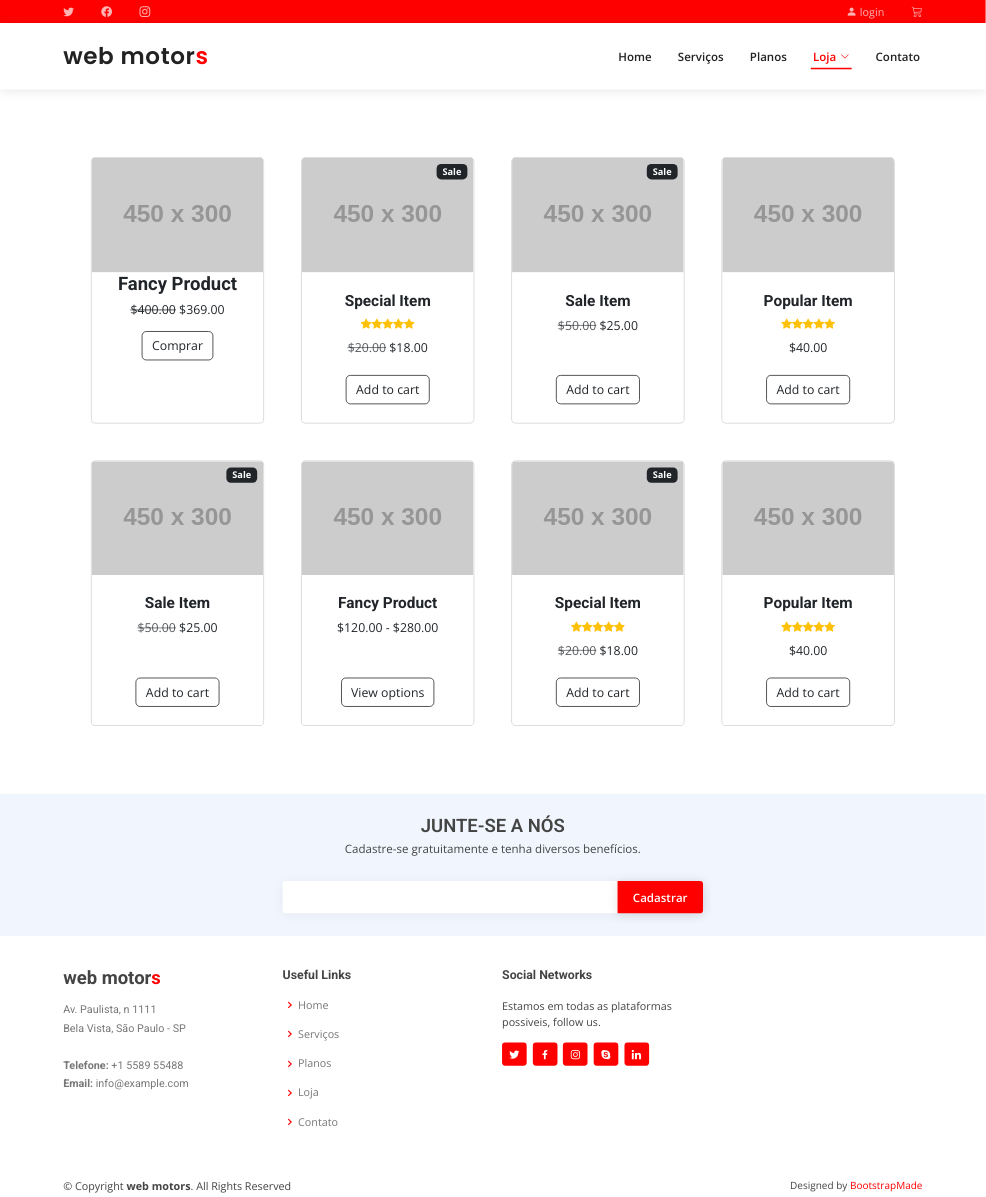
Repository: 01nethy/WebMotors
Page: produtos.html
An editor plug-in stored every save of this project. The page is shown before and after the next save, followed by the edit.
The browser window is 1280 px wide. The pictures show the whole page, at 77% of full size.

Above is the page before, as saved 2023-12-08 14:52:41.

### produtos.html
<!DOCTYPE html>
<html lang="pt-BR">

<head>
  <meta charset="utf-8">
  <meta content="width=device-width, initial-scale=1.0" name="viewport">

  <title>Produtos Automotivos - Web Motors</title>
  <meta content="" name="description">
  <meta content="" name="keywords">

  <!-- Favicons -->
  <link href="assets/img/favicon.png" rel="icon">
  <link href="assets/img/apple-touch-icon.png" rel="apple-touch-icon">

  <!-- Google Fonts -->
  <link
    href="https://fonts.googleapis.com/css?family=Open+Sans:300,300i,400,400i,600,600i,700,700i|Roboto:300,300i,400,400i,500,500i,600,600i,700,700i|Poppins:300,300i,400,400i,500,500i,600,600i,700,700i"
    rel="stylesheet">

  <!-- Vendor CSS Files -->
  <link href="assets/vendor/aos/aos.css" rel="stylesheet">
  <link href="assets/vendor/bootstrap/css/bootstrap.min.css" rel="stylesheet">
  <link href="assets/vendor/bootstrap-icons/bootstrap-icons.css" rel="stylesheet">
  <link href="assets/vendor/boxicons/css/boxicons.min.css" rel="stylesheet">
  <link href="assets/vendor/glightbox/css/glightbox.min.css" rel="stylesheet">
  <link href="assets/vendor/swiper/swiper-bundle.min.css" rel="stylesheet">

  <!-- Template Main CSS File -->
  <link href="assets/css/style.css" rel="stylesheet">

  <!-- =======================================================
  * Template Name: BizLand
  * Updated: Jul 27 2023 with Bootstrap v5.3.1
  * Template URL: https://bootstrapmade.com/bizland-bootstrap-business-template/
  * Author: BootstrapMade.com
  * License: https://bootstrapmade.com/license/
  ======================================================== -->
</head>

<body>
 <!-- ======= Top Bar ======= -->
 <section id="topbar" class="d-flex align-items-center">
  <div id="topajust" class="container d-flex">
    <div class="social-links col-6 ">
      <a href="#" class="twitter m-0"><i class="bi bi-twitter"></i></a>
      <a href="#" class="facebook"><i class="bi bi-facebook"></i></a>
      <a href="#" class="instagram"><i class="bi bi-instagram"></i></a>
      <!-- <a href="#" class="linkedin"><i class="bi bi-linkedin"></i></i></a> -->
    </div>
    <div class="social-links col-6 text-end">
      <a href="login.html"><i class="bi bi-person-fill"></i> login </a>
      <a href="cart.html"> <i class="bi bi-cart3"></i></a>
    </div>
  </div>
</section>

  <!-- ======= Header nav ======= -->
  <header id="header" class="d-flex">
    <div class="container d-flex align-items-center justify-content-between"">
      <h1 class=" logo"><a href="index.html">web motor<span>s</span></a></h1>
      <nav id="navbar" class="nav navbar justify-content-end">
        <ul>
          <li><a class="nav-link scrollto" href="index.html">Home</a></li>
          <!-- <li><a class="nav-link scrollto" href="#about">Mecanica</a></li>-->
          <li><a class="nav-link scrollto" href="index.html #services">Serviços</a></li>
          <!-- <li><a class="nav-link scrollto " href="#portfolio">Aditivo</a></li>-->
          <li><a class="nav-link scrollto" href="index.html #pricing">Planos</a></li>
          <li class="dropdown"><a class="active" href="produtos.html"><span>Loja</span> <i class="bi bi-chevron-down"></i></a>
            <ul>
              <li><a href="#">Aditivos</a></li>
              <!-- <li class="dropdown"><a href="#"><span>Deep Drop Down</span> <i class="bi bi-chevron-right"></i></a>
                <ul>
                  <li><a href="#">Deep Drop Down 1</a></li>
                  <li><a href="#">Deep Drop Down 2</a></li>
                  <li><a href="#">Deep Drop Down 3</a></li>
                  <li><a href="#">Deep Drop Down 4</a></li>
                  <li><a href="#">Deep Drop Down 5</a></li>
                </ul>
              </li> -->
              <li><a href="#">Borracha</a></li>
              <li><a href="#">Pneus</a></li>
            </ul>
          </li>
          <li><a class="nav-link scrollto" href="index.html #contact">Contato</a></li>
        </ul>
        <i class="bi bi-list mobile-nav-toggle"></i>
      </nav><!-- .navbar -->
    </div>
  </header>

  <main id="main" data-aos="fade-up">
    <section class="inner-page">
      <div class="container px-4 px-lg-5 mt-5">
        <div class="row gx-4 gx-lg-5 row-cols-2 row-cols-md-3 row-cols-xl-4 justify-content-center">
          <div class="col mb-5">
            <div class="card h-100">
              <img class="card-img-top" src="https://dummyimage.com/450x300/dee2e6/6c757d.jpg" alt="..." />

              <div class="text-center">
                <!-- Product name-->
                <h4 class="fw-bolder">Fancy Product</h4>
                <p class="item-price">
                  <strike>$400.00</strike> <span>$369.00</span>
                </p>
              </div>
              <div class="card-footer p-4 pt-0 border-top-0 bg-transparent">
                <div class="text-center"><a class="btn btn-outline-dark mt-auto" href="#">Comprar</a>
                </div>
              </div>
            </div>
          </div>
          <div class="col mb-5">
            <div class="card h-100">
              <!-- Sale badge-->
              <div class="badge bg-dark text-white position-absolute" style="top: 0.5rem; right: 0.5rem">Sale</div>
              <!-- Product image-->
              <img class="card-img-top" src="https://dummyimage.com/450x300/dee2e6/6c757d.jpg" alt="..." />
              <!-- Product details-->
              <div class="card-body p-4">
                <div class="text-center">
                  <!-- Product name-->
                  <h5 class="fw-bolder">Special Item</h5>
                  <!-- Product reviews-->
                  <div class="d-flex justify-content-center small text-warning mb-2">
                    <div class="bi-star-fill"></div>
                    <div class="bi-star-fill"></div>
                    <div class="bi-star-fill"></div>
                    <div class="bi-star-fill"></div>
                    <div class="bi-star-fill"></div>
                  </div>
                  <!-- Product price-->
                  <span class="text-muted text-decoration-line-through">$20.00</span>
                  $18.00
                </div>
              </div>
              <!-- Product actions-->
              <div class="card-footer p-4 pt-0 border-top-0 bg-transparent">
                <div class="text-center"><a class="btn btn-outline-dark mt-auto" href="#">Add to cart</a></div>
              </div>
            </div>
          </div>
          <div class="col mb-5">
            <div class="card h-100">
              <!-- Sale badge-->
              <div class="badge bg-dark text-white position-absolute" style="top: 0.5rem; right: 0.5rem">Sale</div>
              <!-- Product image-->
              <img class="card-img-top" src="https://dummyimage.com/450x300/dee2e6/6c757d.jpg" alt="..." />
              <!-- Product details-->
              <div class="card-body p-4">
                <div class="text-center">
                  <!-- Product name-->
                  <h5 class="fw-bolder">Sale Item</h5>
                  <!-- Product price-->
                  <span class="text-muted text-decoration-line-through">$50.00</span>
                  $25.00
                </div>
              </div>
              <!-- Product actions-->
              <div class="card-footer p-4 pt-0 border-top-0 bg-transparent">
                <div class="text-center"><a class="btn btn-outline-dark mt-auto" href="#">Add to cart</a></div>
              </div>
            </div>
          </div>
          <div class="col mb-5">
            <div class="card h-100">
              <!-- Product image-->
              <img class="card-img-top" src="https://dummyimage.com/450x300/dee2e6/6c757d.jpg" alt="..." />
              <!-- Product details-->
              <div class="card-body p-4">
                <div class="text-center">
                  <!-- Product name-->
                  <h5 class="fw-bolder">Popular Item</h5>
                  <!-- Product reviews-->
                  <div class="d-flex justify-content-center small text-warning mb-2">
                    <div class="bi-star-fill"></div>
                    <div class="bi-star-fill"></div>
                    <div class="bi-star-fill"></div>
                    <div class="bi-star-fill"></div>
                    <div class="bi-star-fill"></div>
                  </div>
                  <!-- Product price-->
                  $40.00
                </div>
              </div>
              <!-- Product actions-->
              <div class="card-footer p-4 pt-0 border-top-0 bg-transparent">
                <div class="text-center"><a class="btn btn-outline-dark mt-auto" href="#">Add to cart</a></div>
              </div>
            </div>
          </div>
          <div class="col mb-5">
            <div class="card h-100">
              <!-- Sale badge-->
              <div class="badge bg-dark text-white position-absolute" style="top: 0.5rem; right: 0.5rem">Sale</div>
              <!-- Product image-->
              <img class="card-img-top" src="https://dummyimage.com/450x300/dee2e6/6c757d.jpg" alt="..." />
              <!-- Product details-->
              <div class="card-body p-4">
                <div class="text-center">
                  <!-- Product name-->
                  <h5 class="fw-bolder">Sale Item</h5>
                  <!-- Product price-->
                  <span class="text-muted text-decoration-line-through">$50.00</span>
                  $25.00
                </div>
              </div>
              <!-- Product actions-->
              <div class="card-footer p-4 pt-0 border-top-0 bg-transparent">
                <div class="text-center"><a class="btn btn-outline-dark mt-auto" href="#">Add to cart</a></div>
              </div>
            </div>
          </div>
          <div class="col mb-5">
            <div class="card h-100">
              <!-- Product image-->
              <img class="card-img-top" src="https://dummyimage.com/450x300/dee2e6/6c757d.jpg" alt="..." />
              <!-- Product details-->
              <div class="card-body p-4">
                <div class="text-center">
                  <!-- Product name-->
                  <h5 class="fw-bolder">Fancy Product</h5>
                  <!-- Product price-->
                  $120.00 - $280.00
                </div>
              </div>
              <!-- Product actions-->
              <div class="card-footer p-4 pt-0 border-top-0 bg-transparent">
                <div class="text-center"><a class="btn btn-outline-dark mt-auto" href="#">View options</a></div>
              </div>
            </div>
          </div>
          <div class="col mb-5">
            <div class="card h-100">
              <!-- Sale badge-->
              <div class="badge bg-dark text-white position-absolute" style="top: 0.5rem; right: 0.5rem">Sale</div>
              <!-- Product image-->
              <img class="card-img-top" src="https://dummyimage.com/450x300/dee2e6/6c757d.jpg" alt="..." />
              <!-- Product details-->
              <div class="card-body p-4">
                <div class="text-center">
                  <!-- Product name-->
                  <h5 class="fw-bolder">Special Item</h5>
                  <!-- Product reviews-->
                  <div class="d-flex justify-content-center small text-warning mb-2">
                    <div class="bi-star-fill"></div>
                    <div class="bi-star-fill"></div>
                    <div class="bi-star-fill"></div>
                    <div class="bi-star-fill"></div>
                    <div class="bi-star-fill"></div>
                  </div>
                  <!-- Product price-->
                  <span class="text-muted text-decoration-line-through">$20.00</span>
                  $18.00
                </div>
              </div>
              <!-- Product actions-->
              <div class="card-footer p-4 pt-0 border-top-0 bg-transparent">
                <div class="text-center"><a class="btn btn-outline-dark mt-auto" href="#">Add to cart</a></div>
              </div>
            </div>
          </div>
          <div class="col mb-5">
            <div class="card h-100">
              <!-- Product image-->
              <img class="card-img-top" src="https://dummyimage.com/450x300/dee2e6/6c757d.jpg" alt="..." />
              <!-- Product details-->
              <div class="card-body p-4">
                <div class="text-center">
                  <!-- Product name-->
                  <h5 class="fw-bolder">Popular Item</h5>
                  <!-- Product reviews-->
                  <div class="d-flex justify-content-center small text-warning mb-2">
                    <div class="bi-star-fill"></div>
                    <div class="bi-star-fill"></div>
                    <div class="bi-star-fill"></div>
                    <div class="bi-star-fill"></div>
                    <div class="bi-star-fill"></div>
                  </div>
                  <!-- Product price-->
                  $40.00
                </div>
              </div>
              <!-- Product actions-->
              <div class="card-footer p-4 pt-0 border-top-0 bg-transparent">
                <div class="text-center"><a class="btn btn-outline-dark mt-auto" href="#">Add to cart</a></div>
              </div>
            </div>
          </div>
        </div>
      </div>
    </section>
  </main><!-- End #main -->

 <!-- ======= Footer ======= -->
 <footer id="footer">
  <div class="footer-newsletter">
    <div class="container">
      <div class="row justify-content-center">
        <div class="col-lg-6">
          <h4>JUNTE-SE A NÓS</h4>
          <p>Cadastre-se gratuitamente e tenha diversos benefícios.</p>
          <form action="" method="post">
            <input type="email" name="email"><input type="submit" value="Cadastrar">
          </form>
        </div>
      </div>
    </div>
  </div>
  <div class="footer-top">
    <div class="container">
      <div class="row">
        <div class="col-lg-3 col-md-6 footer-contact">
          <h3>web motor<span>s</span></h3>
          <p>
            Av. Paulista, n 1111 <br>
            Bela Vista, São Paulo - SP<br>
            <br>
            <strong>Telefone:</strong> +1 5589 55488<br>
            <strong>Email:</strong> info@example.com<br>
          </p>
        </div>
        <div class="col-lg-3 col-md-6 footer-links">
          <h4>Useful Links</h4>
          <ul>
            <li><i class="bx bx-chevron-right"></i> <a href="#">Home</a></li>
            <li><i class="bx bx-chevron-right"></i> <a href="#">Serviços</a></li>
            <li><i class="bx bx-chevron-right"></i> <a href="#">Planos</a></li>
            <li><i class="bx bx-chevron-right"></i> <a href="#">Loja</a></li>
            <li><i class="bx bx-chevron-right"></i> <a href="#">Contato</a></li>
          </ul>
        </div>
        <div class="col-lg-3 col-md-6 footer-links">
          <h4>Social Networks</h4>
          <p>Estamos em todas as plataformas possiveis,
            follow us.</p>
          <div class="social-links mt-3">
            <a href="#" class="twitter"><i class="bx bxl-twitter"></i></a>
            <a href="#" class="facebook"><i class="bx bxl-facebook"></i></a>
            <a href="#" class="instagram"><i class="bx bxl-instagram"></i></a>
            <a href="#" class="google-plus"><i class="bx bxl-skype"></i></a>
            <a href="#" class="linkedin"><i class="bx bxl-linkedin"></i></a>
          </div>
        </div>
      </div>
    </div>
  </div>
  <div class="container py-4">
    <div class="copyright">
      &copy; Copyright <strong><span>web motors</span></strong>. All Rights Reserved
    </div>
    <div class="credits">
      <!-- All the links in the footer should remain intact. -->
      <!-- You can delete the links only if you purchased the pro version. -->
      <!-- Licensing information: https://bootstrapmade.com/license/ -->
      <!-- Purchase the pro version with working PHP/AJAX contact form: https://bootstrapmade.com/web motors-bootstrap-business-template/ -->
      Designed by <a href="https://bootstrapmade.com/">BootstrapMade</a>
    </div>
  </div>
</footer>

  <div id="preloader"></div>
  <a href="#" class="back-to-top d-flex align-items-center justify-content-center"><i
      class="bi bi-arrow-up-short"></i></a>

  <!-- Vendor JS Files -->
  <script src="assets/vendor/purecounter/purecounter_vanilla.js"></script>
  <script src="assets/vendor/aos/aos.js"></script>
  <script src="assets/vendor/bootstrap/js/bootstrap.bundle.min.js"></script>
  <script src="assets/vendor/glightbox/js/glightbox.min.js"></script>
  <script src="assets/vendor/isotope-layout/isotope.pkgd.min.js"></script>
  <script src="assets/vendor/swiper/swiper-bundle.min.js"></script>
  <script src="assets/vendor/waypoints/noframework.waypoints.js"></script>
  <script src="assets/vendor/php-email-form/validate.js"></script>

  <!-- Template Main JS File -->
  <script src="assets/js/main.js"></script>
</body>
</html>

Loaded but not shown: assets/vendor/aos/aos.css (library); assets/vendor/bootstrap/css/bootstrap.min.css (library); assets/vendor/bootstrap-icons/bootstrap-icons.css (library); assets/vendor/boxicons/css/boxicons.min.css (library); assets/vendor/glightbox/css/glightbox.min.css (library); assets/vendor/swiper/swiper-bundle.min.css (library); assets/vendor/purecounter/purecounter_vanilla.js (library); assets/vendor/aos/aos.js (library); assets/vendor/bootstrap/js/bootstrap.bundle.min.js (library); assets/vendor/glightbox/js/glightbox.min.js (library); assets/vendor/isotope-layout/isotope.pkgd.min.js (library); assets/vendor/swiper/swiper-bundle.min.js (library); assets/vendor/waypoints/noframework.waypoints.js (library); assets/vendor/php-email-form/validate.js (common file); assets/js/main.js (289 lines, source omitted); assets/css/style.css (2218 lines, source omitted)

After the next save:
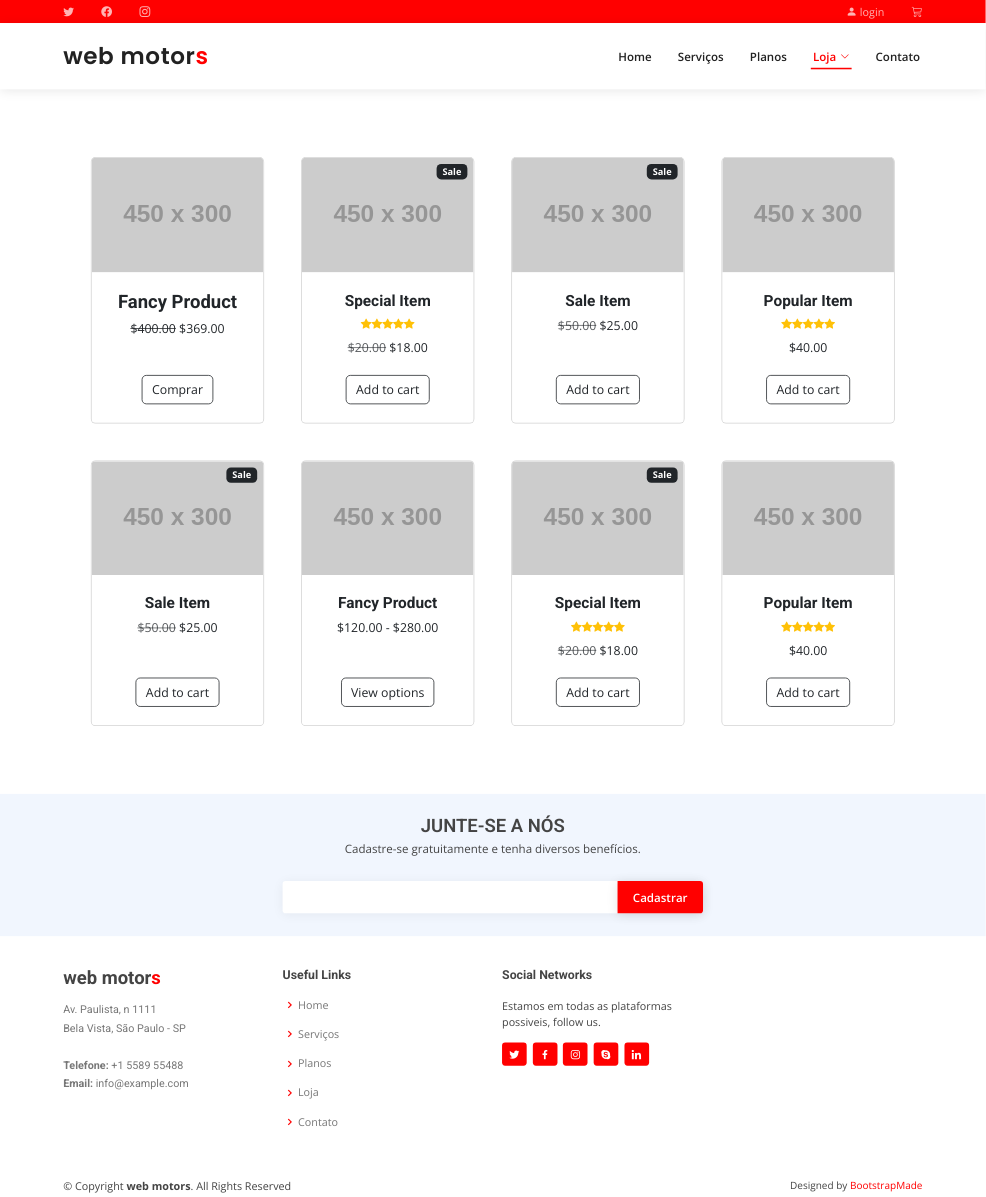
Saved 100 s later.
--- a/produtos.html
+++ b/produtos.html
@@ -96,7 +96,7 @@
           <div class="col mb-5">
             <div class="card h-100">
               <img class="card-img-top" src="https://dummyimage.com/450x300/dee2e6/6c757d.jpg" alt="..." />
-
+              <div class="card-body p-4">
               <div class="text-center">
                 <!-- Product name-->
                 <h4 class="fw-bolder">Fancy Product</h4>
@@ -104,6 +104,7 @@
                   <strike>$400.00</strike> <span>$369.00</span>
                 </p>
               </div>
+            </div>
               <div class="card-footer p-4 pt-0 border-top-0 bg-transparent">
                 <div class="text-center"><a class="btn btn-outline-dark mt-auto" href="#">Comprar</a>
                 </div>
